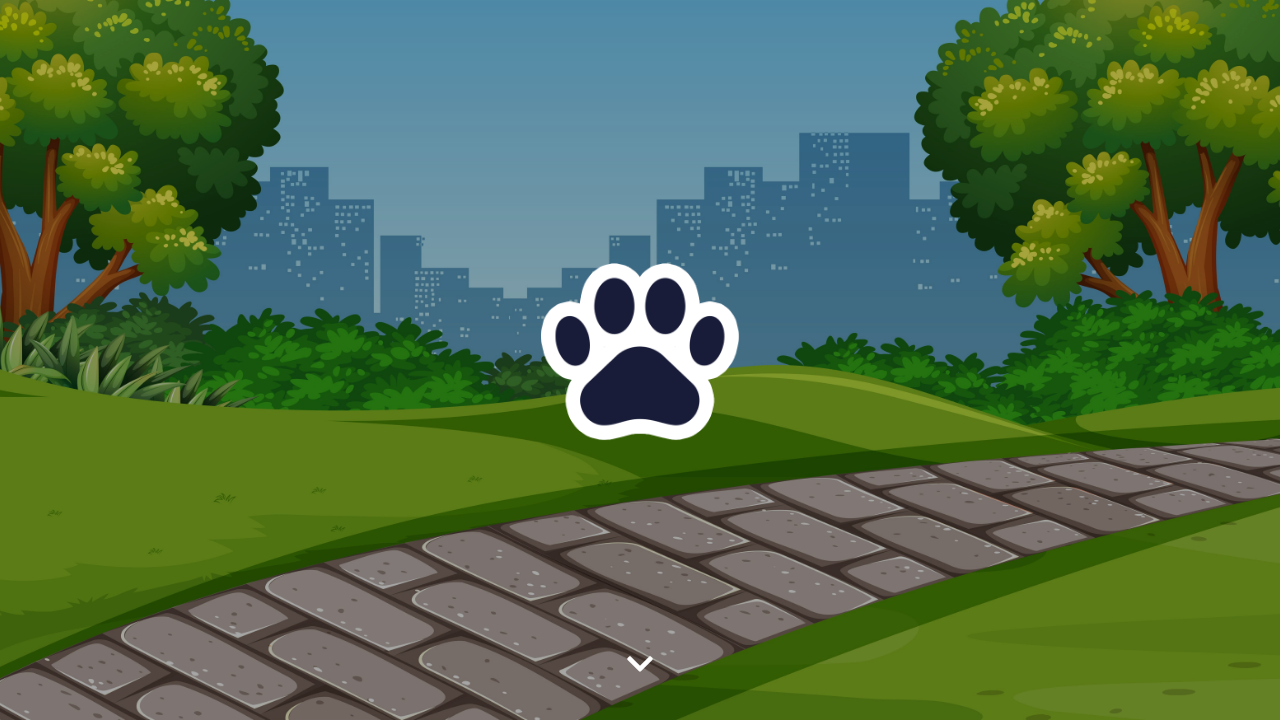
Repository: Emanuele-Sgroi/Pawfect-Diet-App-Showcase
Page: /
The author's editor kept a copy of each file at every save. The page is drawn from the files as they stood at one save, then again after the next save.
The browser window is 1280 px wide. The pictures show the whole page.
The project was rebuilt for these pictures with package versions that can differ from the ones it lists, and the page was loaded fresh each time. The framework's server and built-in components were replaced by stand-ins that run in the browser. Also part of the build but not shown: next.config.mjs.

Above is the page before, as saved 2025-04-18 13:05:12.

### src/app/page.js
import HeroSection from "@/components/HeroSection";

export default function Home() {
  return (
    <main>
      <HeroSection />
    </main>
  );
}

### src/components/HeroSection.js
"use client";

import Image from "next/image";
import { Link as ScrollLink } from "react-scroll";
import { FaChevronDown } from "react-icons/fa";
import images from "@/utils/importImages";

export default function HeroSection() {
  return (
    <section
      id="hero"
      className="relative h-screen w-full flex flex-col justify-center items-center text-white"
    >
      {/* Background Image */}
      <Image
        src={images.hero_bg}
        alt="Hero Background"
        fill
        className="object-cover"
        priority
      />

      {/* Overlay */}
      <div className="absolute inset-0 bg-black/35 z-10" />

      {/* Centered Logo */}
      <div className="z-20 flex flex-col items-center">
        <Image
          src={images.logo_white}
          alt="App Logo"
          width={200}
          height={200}
          className="mb-4"
        />
      </div>

      {/* Scroll Arrow */}
      <ScrollLink
        to="about"
        smooth={true}
        duration={500}
        className="absolute bottom-10 z-20 cursor-pointer"
      >
        <FaChevronDown className="text-3xl animate-bounce" />
      </ScrollLink>
    </section>
  );
}

### src/utils/importImages.js
import hero_bg from "../../public/images/hero_bg.jpg";
import logo_white from "../../public/images/logo_white.png";

const images = { hero_bg, logo_white };

export default images;

Loaded but not shown: src/app/layout.js (common file); src/app/globals.css (common file)

After the next save:
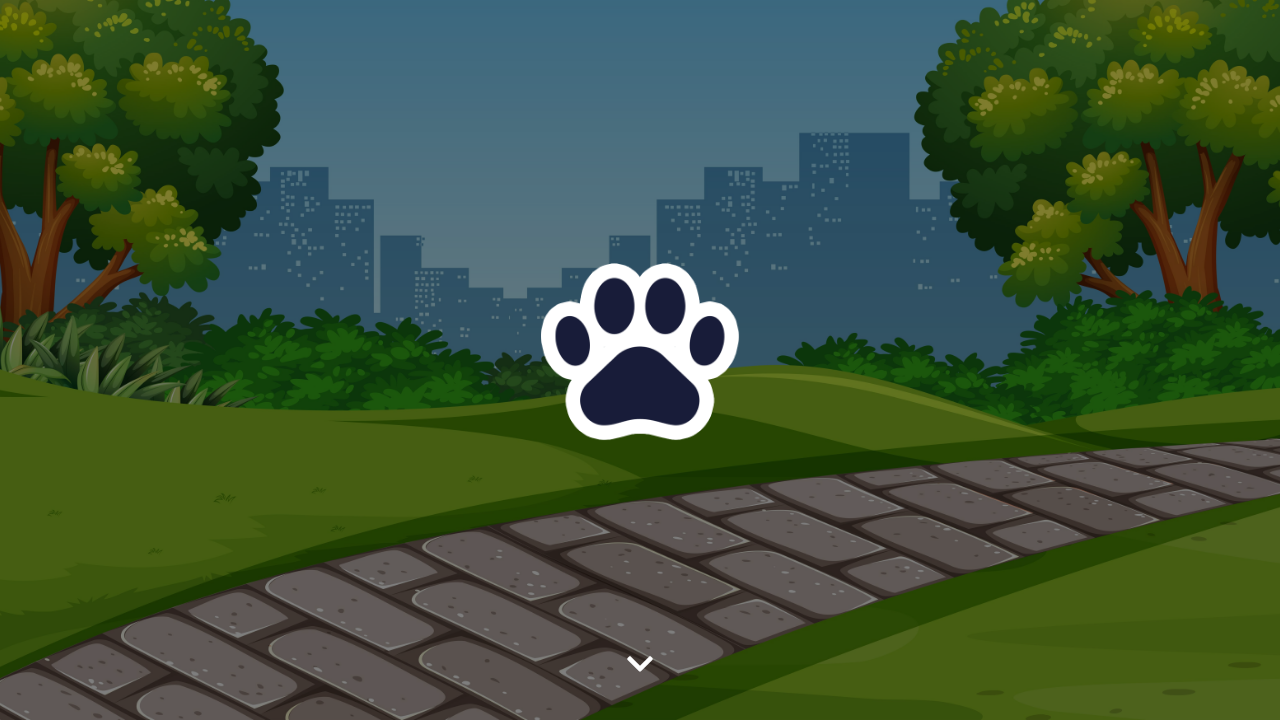
Saved 8 s later.
--- a/src/components/HeroSection.js
+++ b/src/components/HeroSection.js
@@ -21,7 +21,7 @@
       />
 
       {/* Overlay */}
-      <div className="absolute inset-0 bg-black/35 z-10" />
+      <div className="absolute inset-0 bg-black/50 z-10" />
 
       {/* Centered Logo */}
       <div className="z-20 flex flex-col items-center">
